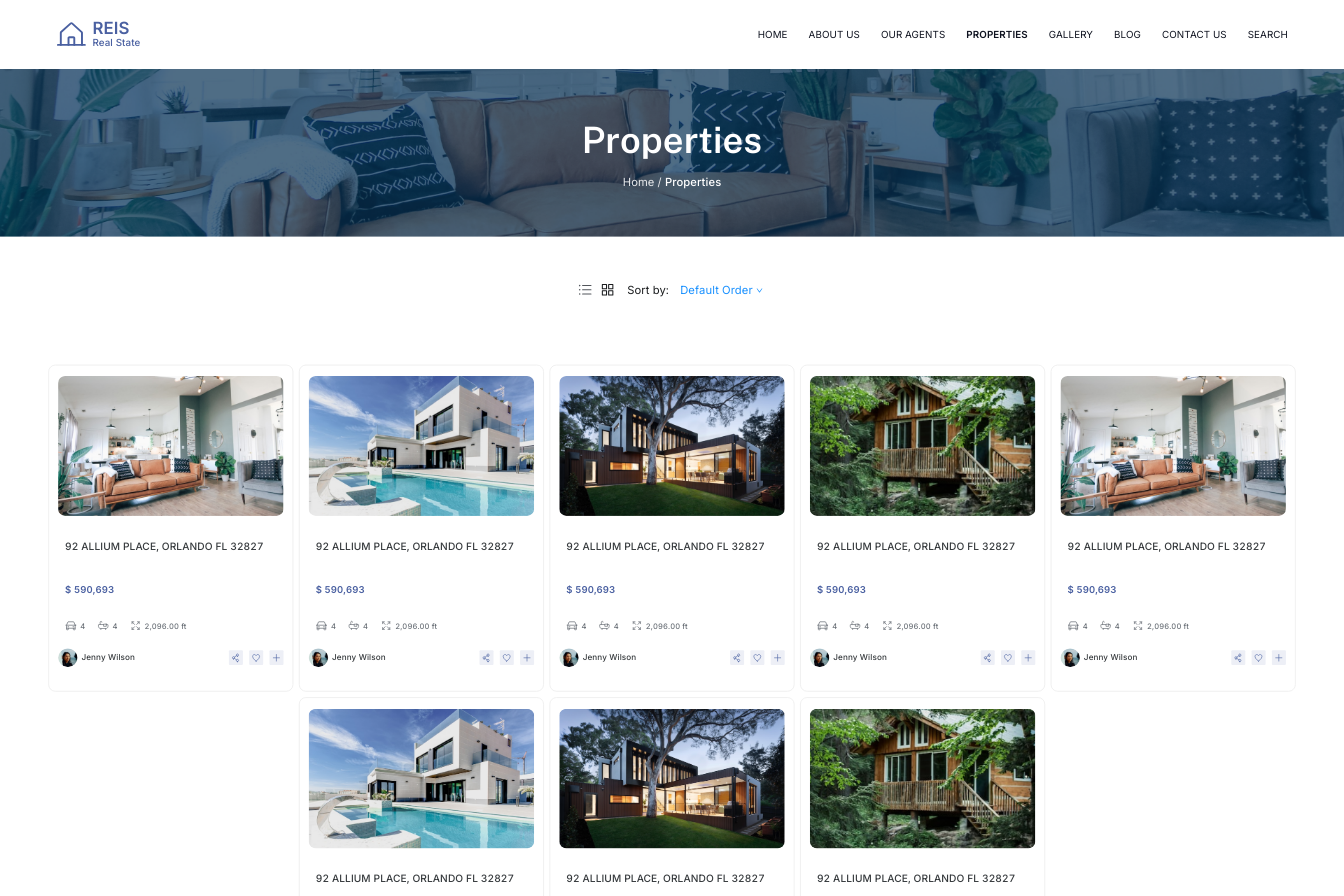
Repository: lvcg/realestatelocofy
Page: /properties
An editor plug-in stored every save of this project. The page is shown before and after the next save, followed by the edit.
The browser window is 1280 px wide. The page is 1920 px wide, so the pictures cover 1920 px, including what lies to the right of the window. The pictures show the part of the page from y = 0 to 1280 px (the page is 2035 px tall), at 70% of full size.
The project was rebuilt for these pictures with package versions that can differ from the ones it lists, and the page was loaded fresh each time. The framework's server and built-in components were replaced by stand-ins that run in the browser. Also part of the build but not shown: next.config.js.

Above is the page before, as saved 2023-08-14 18:00:25.

### pages/_app.js
import React from "react";
import Head from "next/head";

import { ThemeProvider, createTheme } from "@mui/material";
import CssBaseline from "@mui/material/CssBaseline";

import "./global.css";

export default function MyApp(props) {
  const { Component, pageProps } = props;

  React.useEffect(() => {
    // Remove the server-side injected CSS.
    const jssStyles = document.querySelector("#jss-server-side");
    if (jssStyles && jssStyles.parentElement) {
      jssStyles.parentElement.removeChild(jssStyles);
    }
  }, []);

  const muiTheme = createTheme();

  return (
    <React.Fragment>
      <Head>
        <title>real estate page</title>
        <meta
          name="viewport"
          content="minimum-scale=1, initial-scale=1, width=device-width"
        />
      </Head>
      <ThemeProvider theme={muiTheme}>
        {/* CssBaseline kickstart an elegant, consistent, and simple baseline to build upon. */}
        <CssBaseline />
        <Component {...pageProps} />
      </ThemeProvider>
    </React.Fragment>
  );
}

### pages/properties.js
import "antd/dist/antd.min.css";
import { Menu, Dropdown } from "antd";
import { DownOutlined } from "@ant-design/icons";
import Header from "../components/header";
import PropertyCard from "../components/property-card";
import Footer from "../components/footer";

const PropertiesGridView = () => {
  return (
    <div className="bg-gray-white w-[1920px] flex flex-col items-start justify-start text-center text-33xl text-gray-white font-body-regular-400">
      <Header hamburger={false} />
      <div className="self-stretch h-60 flex flex-col items-center justify-center bg-[url(/category@3x.png)] bg-cover bg-no-repeat bg-top">
        <div className="flex flex-col items-center justify-start gap-[12px]">
          <div className="leading-[72px] font-semibold">
            Properties
          </div>
          <div className="text-base leading-[24px] text-whitesmoke-200 font-body-regular-600">
            <span>{`Home / `}</span>
            <span className="font-medium text-gray-white">Properties</span>
          </div>
        </div>
      </div>
      <div className="self-stretch flex flex-col pt-16 px-0 pb-2 items-center justify-start gap-[95px] text-left text-base text-gray-black font-body-regular-600 lg:pl-[120px] lg:pr-[120px] lg:box-border md:pl-[60px] md:pr-[60px] md:box-border sm:pl-5 sm:pr-5 sm:box-border">
        <div className="w-[272px] flex flex-row items-center justify-start">
          <div className="flex flex-row items-end justify-start gap-[16px]">
            <div className="flex flex-row items-start justify-start gap-[8px]">
              <img className="relative w-6 h-6" alt="" src="/listbullets.svg" />
              <img className="relative w-6 h-6" alt="" src="/squaresfour.svg" />
            </div>
            <div className="relative leading-[24px]">Sort by:</div>
            <Dropdown
              overlay={
                <Menu>
                  {[
                    { value: "Popular properties" },
                    { value: "Latest properties" },
                    { value: "Recommended properties" },
                  ].map((option, index) => (
                    <Menu.Item key={index}>
                      <a onClick={(e) => e.preventDefault()}>
                        {option.value || ""}
                      </a>
                    </Menu.Item>
                  ))}
                </Menu>
              }
              placement="bottomLeft"
              trigger={["hover"]}
            >
              <a onClick={(e) => e.preventDefault()}>
                {`Default Order `}
                <DownOutlined />
              </a>
            </Dropdown>
          </div>
        </div>
        <div className="self-stretch flex flex-row flex-wrap items-start justify-center">
          <div className="flex-1 flex flex-row flex-wrap items-start justify-center gap-[8px]">
            <PropertyCard
              imageDimensions="/unsplashrlwe8f8anoc@2x.png"
              imageDimensionIds="/car.svg"
              imageDimensionValues="/bathtub.svg"
              imageDimensionIdsAndValue="/arrowsout.svg"
              imageDimensionIdsAndValue2="/ellipse-1@2x.png"
              imageDimensionIdsAndValue3="/sharenetwork.svg"
              imageDimensionIdsAndValue4="/heart.svg"
              imageDimensionIdsAndValue5="/plus.svg"
            />
            <PropertyCard
              imageDimensions="/unsplashrlwe8f8anoc1@2x.png"
              imageDimensionIds="/car1.svg"
              imageDimensionValues="/bathtub1.svg"
              imageDimensionIdsAndValue="/arrowsout.svg"
              imageDimensionIdsAndValue2="/ellipse-1@2x.png"
              imageDimensionIdsAndValue3="/sharenetwork1.svg"
              imageDimensionIdsAndValue4="/heart1.svg"
              imageDimensionIdsAndValue5="/plus1.svg"
            />
            <PropertyCard
              imageDimensions="/unsplashrlwe8f8anoc2@2x.png"
              imageDimensionIds="/car2.svg"
              imageDimensionValues="/bathtub2.svg"
              imageDimensionIdsAndValue="/arrowsout.svg"
              imageDimensionIdsAndValue2="/ellipse-1@2x.png"
              imageDimensionIdsAndValue3="/sharenetwork.svg"
              imageDimensionIdsAndValue4="/heart.svg"
              imageDimensionIdsAndValue5="/plus.svg"
            />
            <PropertyCard
              imageDimensions="/unsplashrlwe8f8anoc3@2x.png"
              imageDimensionIds="/car1.svg"
              imageDimensionValues="/bathtub1.svg"
              imageDimensionIdsAndValue="/arrowsout.svg"
              imageDimensionIdsAndValue2="/ellipse-1@2x.png"
              imageDimensionIdsAndValue3="/sharenetwork2.svg"
              imageDimensionIdsAndValue4="/heart1.svg"
              imageDimensionIdsAndValue5="/plus2.svg"
            />
            <PropertyCard
              imageDimensions="/unsplashrlwe8f8anoc@2x.png"
              imageDimensionIds="/car.svg"
              imageDimensionValues="/bathtub.svg"
              imageDimensionIdsAndValue="/arrowsout.svg"
              imageDimensionIdsAndValue2="/ellipse-1@2x.png"
              imageDimensionIdsAndValue3="/sharenetwork2.svg"
              imageDimensionIdsAndValue4="/heart2.svg"
              imageDimensionIdsAndValue5="/plus3.svg"
            />
            <PropertyCard
              imageDimensions="/unsplashrlwe8f8anoc4@2x.png"
              imageDimensionIds="/car3.svg"
              imageDimensionValues="/bathtub3.svg"
              imageDimensionIdsAndValue="/arrowsout1.svg"
              imageDimensionIdsAndValue2="/ellipse-11@2x.png"
              imageDimensionIdsAndValue3="/sharenetwork3.svg"
              imageDimensionIdsAndValue4="/heart3.svg"
              imageDimensionIdsAndValue5="/plus4.svg"
            />
            <PropertyCard
              imageDimensions="/unsplashrlwe8f8anoc5@2x.png"
              imageDimensionIds="/car4.svg"
              imageDimensionValues="/bathtub4.svg"
              imageDimensionIdsAndValue="/arrowsout1.svg"
              imageDimensionIdsAndValue2="/ellipse-11@2x.png"
              imageDimensionIdsAndValue3="/sharenetwork4.svg"
              imageDimensionIdsAndValue4="/heart4.svg"
              imageDimensionIdsAndValue5="/plus5.svg"
            />
            <PropertyCard
              imageDimensions="/unsplashrlwe8f8anoc6@2x.png"
              imageDimensionIds="/car3.svg"
              imageDimensionValues="/bathtub3.svg"
              imageDimensionIdsAndValue="/arrowsout1.svg"
              imageDimensionIdsAndValue2="/ellipse-11@2x.png"
              imageDimensionIdsAndValue3="/sharenetwork5.svg"
              imageDimensionIdsAndValue4="/heart3.svg"
              imageDimensionIdsAndValue5="/plus6.svg"
            />
          </div>
        </div>
        <div className="flex flex-row items-end justify-center gap-[8px] text-center text-primary-500">
          <div className="rounded bg-primary-50 flex flex-row p-2.5 items-start justify-start">
            <img className="relative w-6 h-6" alt="" src="/arrowleft.svg" />
          </div>
          <div className="rounded-10xs bg-primary-500 flex flex-col py-2.5 px-[9px] items-start justify-start text-gray-white">
            <div className="relative leading-[24px] font-semibold flex items-end justify-center w-[26px]">
              1
            </div>
          </div>
          <div className="rounded-10xs bg-primary-50 flex flex-col py-2.5 px-[9px] items-start justify-start">
            <div className="relative leading-[24px] font-semibold flex items-end justify-center w-[26px]">
              2
            </div>
          </div>
          <div className="rounded-10xs bg-primary-50 flex flex-col py-2.5 px-[9px] items-start justify-start">
            <div className="relative leading-[24px] font-semibold flex items-end justify-center w-[26px]">
              3
            </div>
          </div>
          <div className="rounded-10xs bg-primary-50 flex flex-col py-2.5 px-[9px] items-start justify-start">
            <div className="relative leading-[24px] font-semibold flex items-end justify-center w-[26px]">
              ...
            </div>
          </div>
          <div className="rounded-10xs bg-primary-50 flex flex-col py-2.5 px-[9px] items-start justify-start">
            <div className="relative leading-[24px] font-semibold flex items-end justify-center w-[26px]">
              54
            </div>
          </div>
          <div className="rounded bg-primary-500 flex flex-row p-2.5 items-start justify-start">
            <img className="relative w-6 h-6" alt="" src="/arrowright.svg" />
          </div>
        </div>
      </div>
      <Footer />
    </div>
  );
};

export default PropertiesGridView;

### pages/global.css
@import url("https://fonts.googleapis.com/css2?family=Inter:wght@400;500;600&display=swap");
@import url("https://fonts.googleapis.com/css2?family=Public+Sans:wght@400;600&display=swap");
@import url("https://fonts.googleapis.com/css2?family=Poppins:wght@700&display=swap");
@import url("https://fonts.googleapis.com/css2?family=Roboto:wght@400&display=swap");
@import url("https://fonts.googleapis.com/icon?family=Material+Icons");

@tailwind base;
@tailwind components;
@tailwind utilities;
body {
  @apply leading-[normal] m-0;
}
*,
::before,
::after {
  border-width: 0;
}

### components/header.js
const Header = ({ hamburger }) => {
  return (
    <header className="self-stretch bg-gray-white h-[98px] flex flex-row py-[22px] px-20 box-border items-center justify-center sticky w-full top-[0] [background:white] z-[2] text-center text-5xl text-primary-500 font-body-regular-600 lg:pl-10 lg:pr-10 lg:box-border md:pl-6 md:pr-6 md:box-border">
      <div className="flex-1 flex flex-row items-center justify-between">
        <div className="flex flex-row items-center justify-center gap-[8px]">
          <img className="relative w-11 h-11" alt="" src="/houseline.svg" />
          <div className="flex flex-col items-start justify-start">
            <div className="relative leading-[24px] font-semibold">REIS</div>
            <div className="relative text-sm leading-[16px] font-medium">
              Real State
            </div>
          </div>
        </div>
        <div className="flex flex-row items-center justify-end gap-[36px] text-sm text-primary-900 sm:flex">
          <div className="flex flex-row items-start justify-start gap-[30px] lg:hidden">
            <div className="relative leading-[22px]">HOME</div>
            <div className="relative leading-[22px]">ABOUT US</div>
            <div className="relative leading-[22px]">OUR AGENTS</div>
            <div className="relative leading-[22px] font-semibold">
              PROPERTIES
            </div>
            <div className="relative leading-[22px]">GALLERY</div>
            <div className="relative leading-[22px]">BLOG</div>
            <div className="relative leading-[22px]">CONTACT US</div>
            <div className="relative leading-[22px]">SEARCH</div>
          </div>
          {!hamburger && (
            <button className="cursor-pointer [border:none] p-0 bg-[transparent] hidden flex-row items-center justify-center lg:flex">
              <img
                className="relative w-6 h-6 overflow-hidden shrink-0 md:flex"
                alt=""
                src="/notification.svg"
              />
            </button>
          )}
        </div>
      </div>
    </header>
  );
};

export default Header;

### components/property-card.js
const PropertyCard = ({
  imageDimensions,
  imageDimensionIds,
  imageDimensionValues,
  imageDimensionIdsAndValue,
  imageDimensionIdsAndValue2,
  imageDimensionIdsAndValue3,
  imageDimensionIdsAndValue4,
  imageDimensionIdsAndValue5,
}) => {
  return (
    <div className="rounded-3xs bg-gray-white box-border w-[350px] h-[466.99px] flex flex-col py-[15px] px-[13px] items-start justify-start gap-[23px] text-left text-[14.51px] text-gray-700 font-body-regular-600 border-[1px] border-solid border-whitesmoke-100 hover:bg-gainsboro hover:cursor-pointer sm:w-[100%!important] sm:mb-5">
      <img
        className="self-stretch relative rounded-3xs max-w-full overflow-hidden h-[200px] shrink-0 object-cover"
        alt=""
        src={imageDimensions}
      />
      <div className="self-stretch flex flex-row p-2.5 items-start justify-start">
        <div className="flex-1 relative leading-[20.32px] font-medium">
          92 ALLIUM PLACE, ORLANDO FL 32827
        </div>
      </div>
      <div className="self-stretch flex flex-row p-2.5 items-start justify-start text-[13.55px] text-primary-500">
        <div className="relative leading-[18.98px] font-semibold">
          $ 590,693
        </div>
      </div>
      <div className="self-stretch flex flex-row py-0 px-2.5 items-start justify-start gap-[17px] text-[10.84px] text-gray-500">
        <div className="flex flex-row items-center justify-start gap-[4.35px]">
          <img
            className="relative w-[17.42px] h-[17.42px]"
            alt=""
            src={imageDimensionIds}
          />
          <div className="relative leading-[16.27px] font-medium">4</div>
        </div>
        <div className="flex flex-row items-center justify-start gap-[4.35px]">
          <img
            className="relative w-[17.42px] h-[17.42px]"
            alt=""
            src={imageDimensionValues}
          />
          <div className="relative leading-[16.27px] font-medium">4</div>
        </div>
        <div className="flex flex-row items-center justify-start gap-[4.35px]">
          <img
            className="relative w-[17.42px] h-[17.42px]"
            alt=""
            src={imageDimensionIdsAndValue}
          />
          <div className="relative leading-[16.27px] font-medium">
            2,096.00 ft
          </div>
        </div>
      </div>
      <div className="self-stretch flex flex-row items-center justify-between text-center text-[11.61px]">
        <div className="flex flex-row items-center justify-start gap-[5.81px]">
          <img
            className="relative rounded-[50%] w-[27.57px] h-[27.57px] object-cover"
            alt=""
            src={imageDimensionIdsAndValue2}
          />
          <div className="relative leading-[17.42px] font-medium">
            Jenny Wilson
          </div>
        </div>
        <div className="flex flex-row items-start justify-start gap-[8.71px]">
          <div className="rounded-[1.45px] bg-primary-50 flex flex-row p-[2.902620315551758px] items-start justify-start">
            <img
              className="relative w-[14.51px] h-[14.51px]"
              alt=""
              src={imageDimensionIdsAndValue3}
            />
          </div>
          <div className="rounded-[1.45px] bg-primary-50 flex flex-row p-[2.902620315551758px] items-start justify-start">
            <img
              className="relative w-[14.51px] h-[14.51px]"
              alt=""
              src={imageDimensionIdsAndValue4}
            />
          </div>
          <div className="rounded-[1.45px] bg-primary-50 flex flex-row p-[2.902620315551758px] items-start justify-start">
            <img
              className="relative w-[14.51px] h-[14.51px]"
              alt=""
              src={imageDimensionIdsAndValue5}
            />
          </div>
        </div>
      </div>
    </div>
  );
};

export default PropertyCard;

### tailwind.config.js
/** @type {import('tailwindcss').Config} */
module.exports = {
  content: [
    "./pages/**/*.{js,ts,jsx,tsx}",
    "./components/**/*.{js,ts,jsx,tsx}",
  ],
  theme: {
    extend: {
      colors: {
        "gray-500": "#6d737a",
        "gray-black": "#1b1d1f",
        "primary-50": "#edeff6",
        "gray-700": "#363a3d",
        "primary-500": "#4a60a1",
        "gray-white": "#fff",
        whitesmoke: {
          "100": "#eaeaea",
          "200": "#e7e9eb",
        },
        gainsboro: "rgba(226, 226, 226, 0.1)",
        "primary-900": "#0f1320",
        gray: "rgba(0, 0, 0, 0.5)",
        darkgray: "#9c9c9c",
        slategray: "#576074",
        darkslategray: "#434343",
        lightslategray: "#889099",
        "primary-800": "#1e2640",
        "primary-700": "#2c3a61",
      },
      fontFamily: {
        "body-regular-400": "'Public Sans'",
        "body-regular-600": "Inter",
        "components-input-text": "Roboto",
        poppins: "Poppins",
      },
      borderRadius: {
        "10xs": "3px",
        "3xs": "10px",
        "11xs-5": "1.5px",
      },
    },
    fontSize: {
      base: "16px",
      "5xl": "24px",
      sm: "14px",
      "xs-6": "11.6px",
      "2xs-8": "10.8px",
      "sm-6": "13.6px",
      "mini-5": "14.5px",
      "33xl": "52px",
      lg: "18px",
      xl: "20px",
      "21xl": "40px",
    },
    screens: {
      lg: {
        max: "1200px",
      },
      md: {
        max: "960px",
      },
      sm: {
        max: "420px",
      },
    },
  },
  corePlugins: {
    preflight: false,
  },
};

Loaded but not shown: components/footer.js (105 lines, source omitted)

After the next save:
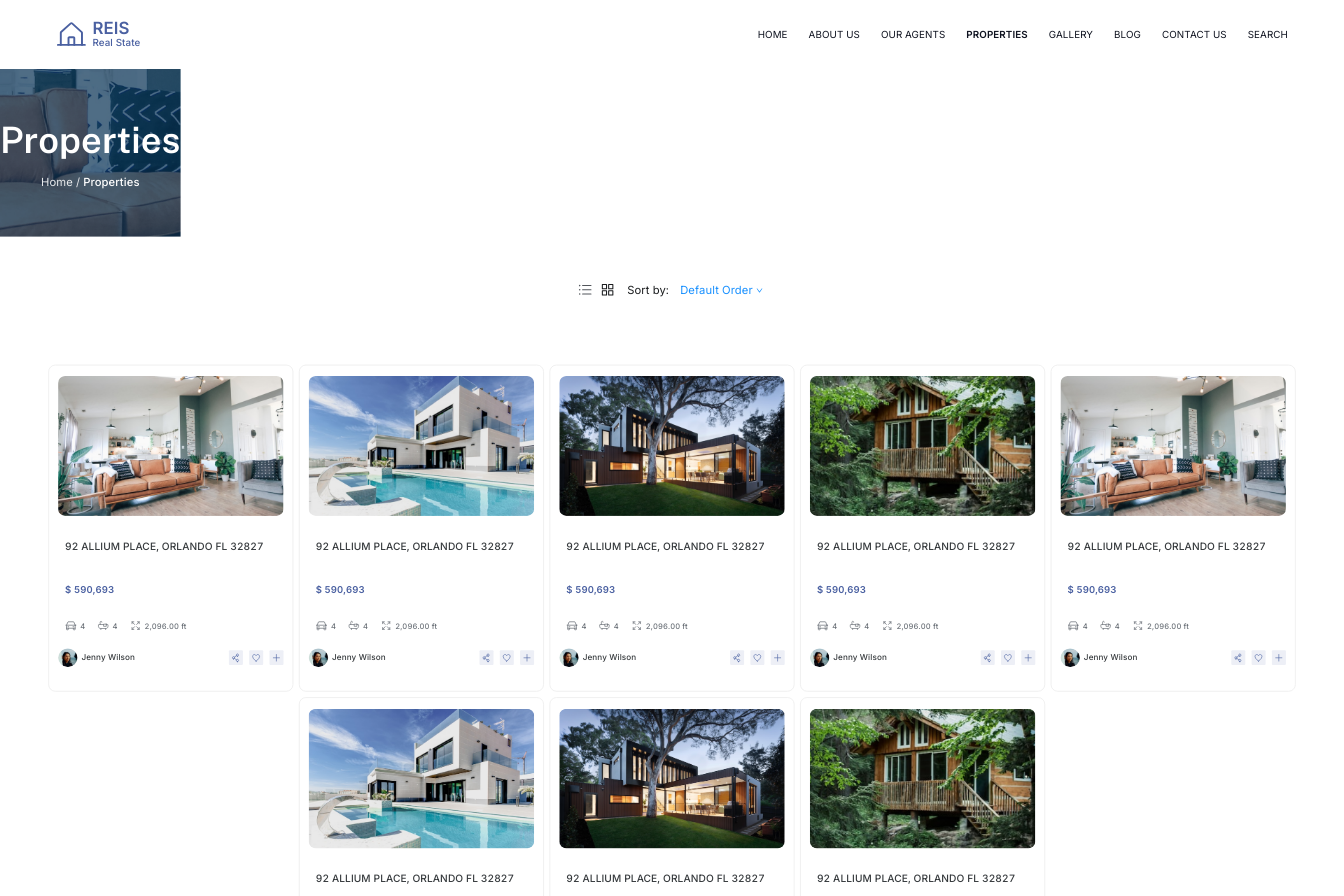
Saved 48 s later.
--- a/pages/properties.js
+++ b/pages/properties.js
@@ -9,7 +9,7 @@ const PropertiesGridView = () => {
   return (
     <div className="bg-gray-white w-[1920px] flex flex-col items-start justify-start text-center text-33xl text-gray-white font-body-regular-400">
       <Header hamburger={false} />
-      <div className="self-stretch h-60 flex flex-col items-center justify-center bg-[url(/category@3x.png)] bg-cover bg-no-repeat bg-top">
+      <div className="h-60 flex flex-col items-center justify-center bg-[url(/category@3x.png)] bg-cover bg-no-repeat bg-top">
         <div className="flex flex-col items-center justify-start gap-[12px]">
           <div className="leading-[72px] font-semibold">
             Properties
